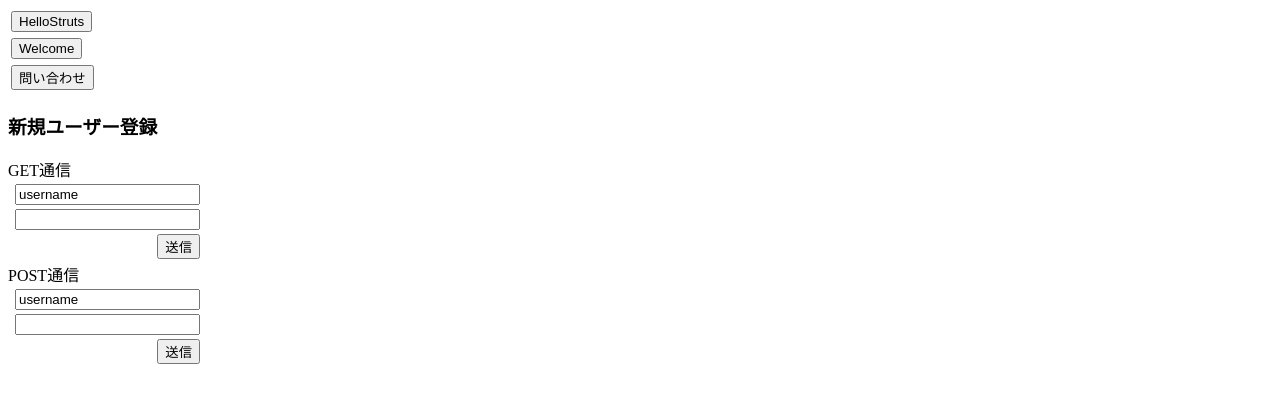
Repository: 1209mori05/test
Page: http://localhost/WebProj5/
These files come from the project's save history. The page is drawn as it stood at one moment and after the next save; the edit follows.
The browser window is 1280 px wide. The pictures show the whole page.
The page is served by Tomcat 9. Other server files are loaded and not shown.

Above is the page before, as saved 2018-03-20 07:44:36.

### WebProj5/WebContent/index.jsp
<%@ page language="java" contentType="text/html; charset=UTF-8"
    pageEncoding="UTF-8"%>
<%@ taglib prefix="s" uri="/struts-tags" %>
<!DOCTYPE html>
<html>
<head>
<meta charset="UTF-8">
<title>INDEX</title>
</head>
<body>
	<s:form action="HelloStrutsAction">
		<s:submit value="HelloStruts" />
	</s:form>

	<s:form action="WelcomeAction">
		<s:submit value="Welcome" />
	</s:form>

	<s:form action="InquiryAction">
		<s:submit value="問い合わせ" />
	</s:form>

	<h3>新規ユーザー登録</h3>
	GET通信
	<s:form method="get" action="TestAction">
		<s:textfield value="username" />
		<s:password name="password" />
		<s:submit value="送信" />
	</s:form>
	POST通信
	<s:form method="post" action="TestAction">
		<s:textfield value="username" />
		<s:password name="password" />
		<s:submit value="送信" />
	</s:form>



</body>
</html>

After the next save:
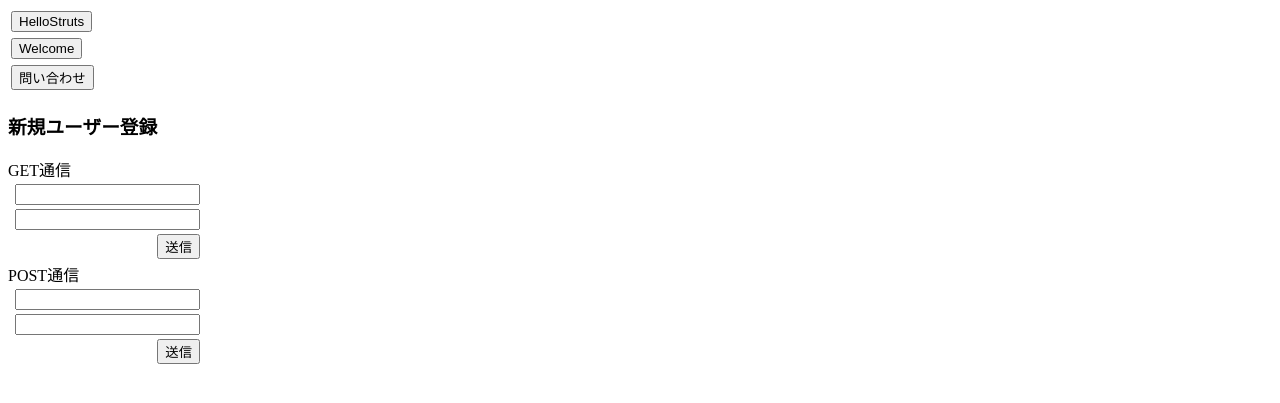
Saved 58 s later.
--- a/WebProj5/WebContent/index.jsp
+++ b/WebProj5/WebContent/index.jsp
@@ -23,13 +23,13 @@
 	<h3>新規ユーザー登録</h3>
 	GET通信
 	<s:form method="get" action="TestAction">
-		<s:textfield value="username" />
+		<s:textfield name="username" />
 		<s:password name="password" />
 		<s:submit value="送信" />
 	</s:form>
 	POST通信
 	<s:form method="post" action="TestAction">
-		<s:textfield value="username" />
+		<s:textfield name="username" />
 		<s:password name="password" />
 		<s:submit value="送信" />
 	</s:form>
